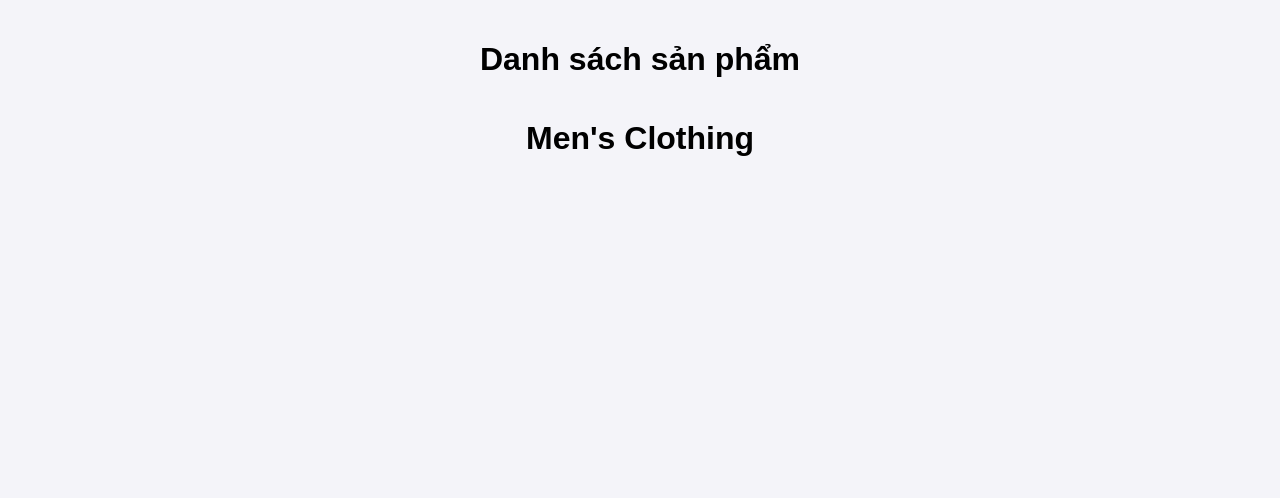
Repository: binhphanbp/ECMAScript_WEB501_WD20301
Page: class_LePhatHien/lesson4/index.html
The author's editor kept a copy of each file at every save. The page is drawn from the files as they stood at one save, then again after a run of saves.
The browser window is 1280 px wide. The pictures show the whole page.
The page's requests for data from a server got no answer.

Above is the page before, as saved 2025-09-22 15:06:13.

After the next 3 saves:
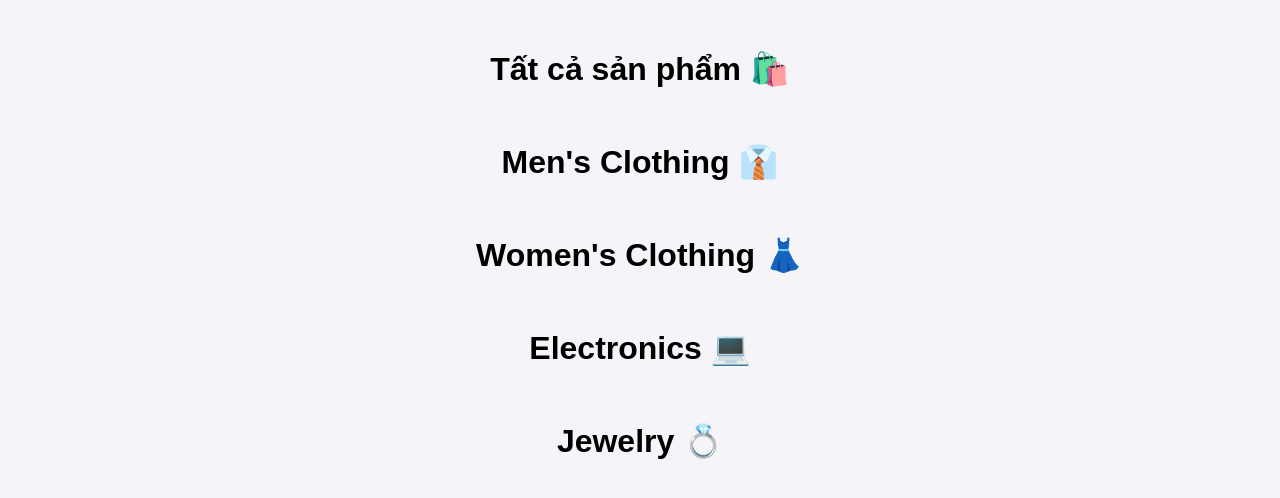
The 3 saves are shown as one change because they came seconds apart.
The last was saved 74 s later.
--- a/class_LePhatHien/lesson4/index.html
+++ b/class_LePhatHien/lesson4/index.html
@@ -14,13 +14,14 @@
 
       h1 {
         text-align: center;
-        margin-bottom: 20px;
+        margin: 30px 0 15px;
       }
 
       .product-list {
         display: grid;
         grid-template-columns: repeat(auto-fill, minmax(220px, 1fr));
         gap: 20px;
+        margin-bottom: 40px;
       }
 
       .product-card {
@@ -71,39 +72,59 @@
     </style>
   </head>
   <body>
-    <h1>Danh sách sản phẩm</h1>
-    <div class="product-list" id="product-list"></div>
+    <h1>Tất cả sản phẩm 🛍️</h1>
+    <div class="product-list" id="allProducts"></div>
 
-    <h1>Men's Clothing</h1>
-    <div class="menClothingList" id="menClothingList"></div>
+    <h1>Men's Clothing 👔</h1>
+    <div class="product-list" id="menClothing"></div>
+
+    <h1>Women's Clothing 👗</h1>
+    <div class="product-list" id="womenClothing"></div>
+
+    <h1>Electronics 💻</h1>
+    <div class="product-list" id="electronics"></div>
+
+    <h1>Jewelry 💍</h1>
+    <div class="product-list" id="jewelery"></div>
 
     <script>
-      const loadProducts = async () => {
+      // Hàm render sản phẩm theo container & category
+      async function renderProducts(containerId, category = null) {
         try {
           const response = await fetch('https://fakestoreapi.com/products');
           const products = await response.json();
 
-          const productList = document.getElementById('product-list');
+          const container = document.getElementById(containerId);
 
-          products.forEach((product) => {
-            const productCard = document.createElement('div');
-            productCard.className = 'product-card';
+          // Nếu có category thì filter
+          const filteredProducts = category
+            ? products.filter((p) => p.category === category)
+            : products;
 
-            productCard.innerHTML = `
+          // Hiển thị sản phẩm
+          filteredProducts.forEach((product) => {
+            const card = document.createElement('div');
+            card.className = 'product-card';
+
+            card.innerHTML = `
               <img src="${product.image}" alt="${product.title}" />
               <div class="product-title">${product.title}</div>
               <div class="product-price">$${product.price}</div>
               <div class="product-desc">${product.description}</div>
             `;
 
-            productList.appendChild(productCard);
+            container.appendChild(card);
           });
         } catch (error) {
           console.error('Lỗi khi tải sản phẩm:', error);
         }
-      };
+      }
 
-      loadProducts();
+      renderProducts('allProducts');
+      renderProducts('menClothing', "men's clothing");
+      renderProducts('womenClothing', "women's clothing");
+      renderProducts('electronics', 'electronics');
+      renderProducts('jewelery', 'jewelery');
     </script>
   </body>
 </html>
